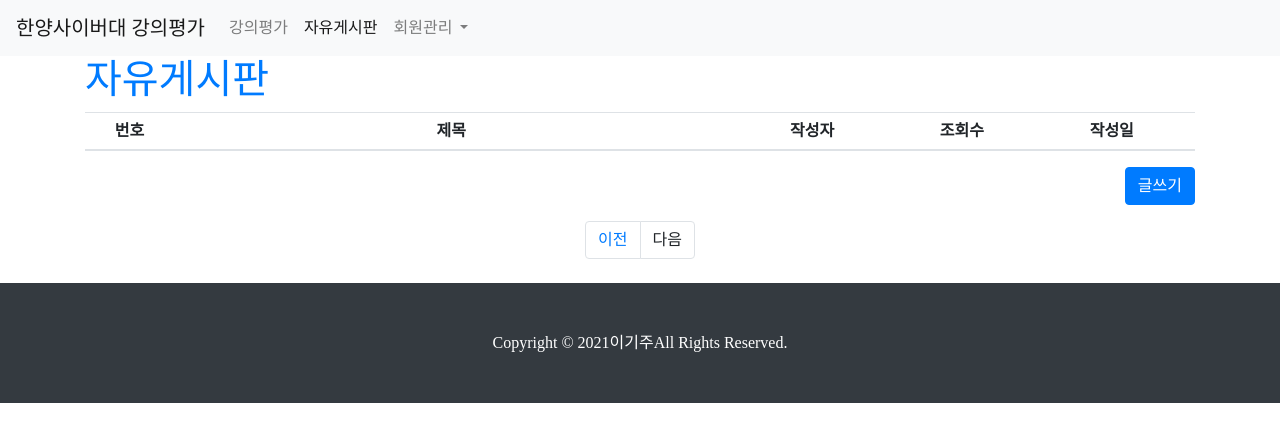
Repository: lkjjjang/hycu
Page: http://localhost/hycujjang/freeBoard.jsp
An editor plug-in stored every save of this project. The page is shown before and after the next save, followed by the edit.
The browser window is 1280 px wide. The pictures show the whole page.
Some web fonts or font styles are not loaded; a fallback is used. The page is served by Tomcat 9. Nobody is signed in. The application's start-up code is not run. The template is opened directly, without the code that normally fills it, so the values that code supplies are empty.

Above is the page before, as saved 2022-01-02 07:16:08.

After the next save:
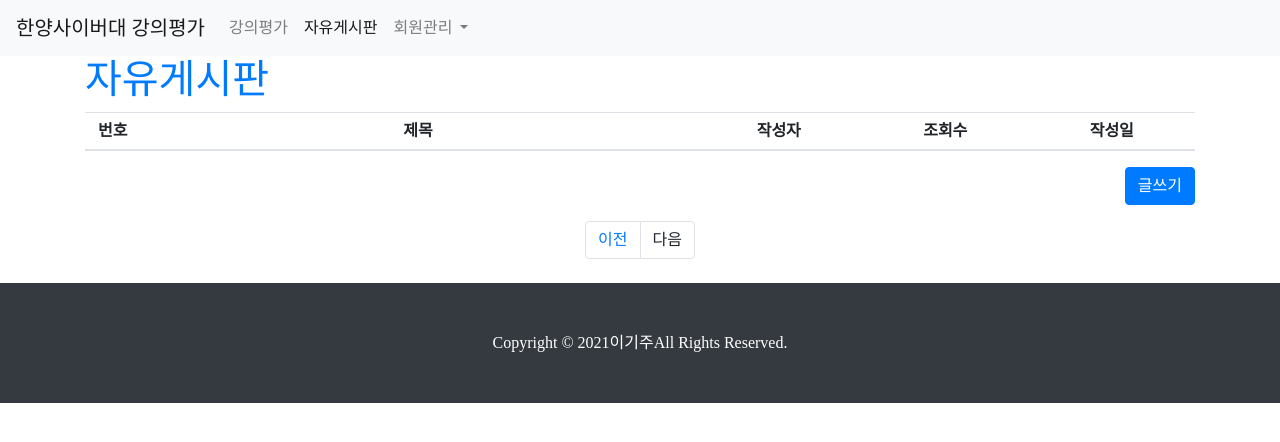
Saved 20 s later.
--- a/hycujjang/WebContent/freeBoard.jsp
+++ b/hycujjang/WebContent/freeBoard.jsp
@@ -53,10 +53,10 @@
   		</h1>
 			<table class="table table-hover">
 				<colgroup>
-					<col width="8%"/>
+					<col width="5%"/>
 					<col width="50%"/>
 					<col width="15%"/>
-					<col width="12%"/>
+					<col width="15%"/>
 					<col width="15%"/>
 				</colgroup>
 				<thead style="text-align: center;">
